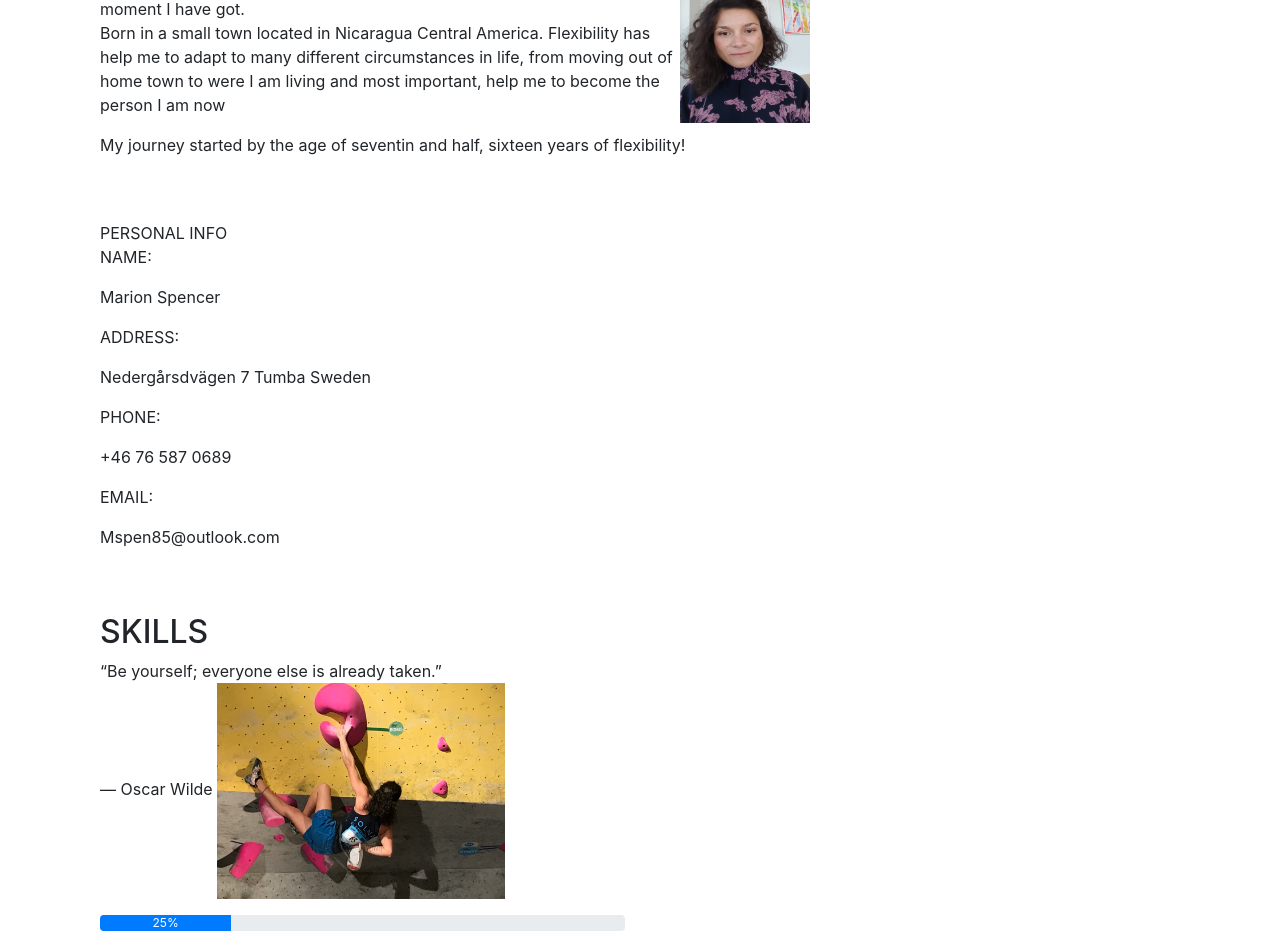
Repository: Dbyu85/m-spenc
Page: index.html
The author's editor kept a record of every edit. The page is drawn from the files as they stood at one moment, then again after the next edit.
The browser window is 1280 px wide. The pictures show the part of the page from y = 1061 to 2013 px (the page is 2790 px tall before and 2710 px after).
A picture or video elsewhere on the page could not be fetched, so the positions and the page height are approximate. Some web fonts or font styles are not loaded; a fallback is used.

Above is the page before.

### index.html
<!DOCTYPE html>
<html lang="en">

<head>
    <meta charset="UTF-8">
    <title>The Art of Flexibility</title>
    <meta name="viewport" content="width=device-width, initial-scale=1.0">
    <meta http-equiv="X-UA-Compatible" content="ie=edge">
    <link rel="stylesheet" href="https://stackpath.bootstrapcdn.com/bootstrap/4.3.1/css/bootstrap.min.css" integrity="sha384-ggOyR0iXCbMQv3Xipma34MD+dH/1fQ784/j6cY/iJTQUOhcWr7x9JvoRxT2MZw1T" crossorigin="anonymous">
    <link rel="stylesheet" href="https://stackpath.bootstrapcdn.com/font-awesome/4.7.0/css/font-awesome.min.css" type="text/css" />
    <link rel="stylesheet" href="css/style.css" type="text/css" />
</head>

<body>y>
    <header class="container-fluid landing-container">
        <div class="row dropdown">
            <div class="col-12">
                <nav class="dropdown bt-secondary dropdown-expand-sm fixed-top">
                    <a class="btn btn-secondary dropdown-toggle" href="#" role="button" id="dropdownMenuLink" data-toggle="dropdown" aria-haspopup="true" aria-expanded="false">More About</a>
                    <ul class="dropdown-menu" aria-labelledby="dropdownMenuLink">
                        <li class="active nav-item mr-2"><a class="dropdown-item" href="#">About Me</a></li>
                        <li class="nav-item mr-2"><a class="dropdown-item" href="Home">Home</a></li>
                        <a class="dropdown-item" href="#">Skills</a>
                        <a class="dropdown-item" href="#">Resume</a>
                        <a class="dropdown-item" href="#">contact</a>
                    </ul>
                </nav>
            </div>
        </div>
        <section class="container-fluid titel-container">
            <div class="row">
                <div class="col-12">
                    <div class="landing-page page text-center">
                        <img src="image/nihal-demirci-1519473-unsplash.jpg" style="float:right width:100vw; height:100vh">
                        <h2 class="name">Marion Spencer</h2>
                        <h3 class="titel">Software Developer Student</h3>
                        <h1><strong>The Art of Flexibility</strong></h1>
                    </div>
                </div>
            </div>
        </section>
    </header>
    <article class="container">
        <section class="container presentation-container">
            <div class=" presentation">
                <div class="row">
                    <div class="col-md-8 my-5">
                        <div class="about">
                            <p><strong>What?</strong><br> That is a good question!!</p><br>
                            <p class="inline-block"><img src="image/img.jpg" ; style="float:right; width:130px; height:150px">I consider myself a globettroter and flexible, a person that enjoy every moment I have got.<br> Born in a small town located in Nicaragua Central America.
                                Flexibility has help me to adapt to many different circumstances in life, from moving out of home town to were I am living and most important, help me to become the person I am now</p>
                            <p>My journey started by the age of seventin and half, sixteen years of flexibility! </p>
                        </div>
                    </div>
                </div>
                <div class="row">
                    <div class="col-12 bg-color">
                        <div class="personal-info text-uppercase">personal info</div>
                        <div class="personal-info-items">
                            <div class="key">
                                <p class="text-uppercase">
                                    name:
                                </p>
                            </div>
                            <div class="value">
                                <p>
                                    Marion Spencer
                                </p>
                            </div>
                        </div>
                        <div class="personal-info-items">
                            <div class="key">
                                <p class="text-uppercase">
                                    address:
                                </p>
                            </div>
                            <div class="value">
                                <p>
                                    Nedergårsdvägen 7 Tumba Sweden
                                </p>
                            </div>
                        </div>
                        <div class="personal-info-items">
                            <div class="key">
                                <p class="text-uppercase">
                                    phone:
                                </p>
                            </div>
                            <div class="value">
                                <p>
                                    +46 76 587 0689
                                </p>
                            </div>
                        </div>
                        <div class="personal-info-items">
                            <div class="key">
                                <p class="text-uppercase">
                                    Email:
                                </p>
                            </div>
                            <div class="value">
                                <p>
                                    Mspen85@outlook.com
                                </p>
                            </div>
                        </div>
                    </div>
                </div>
            </div>
        </section>

        <!--------------------------------------skills-->
        <section class="skills">
            <div class="col-6 my-5 ">
                <div class="about ">
                    <h2 class="about text-uppercase ">skills</h2>
                    <p>“Be yourself; everyone else is already taken.” <br> ― Oscar Wilde <img src="image/climb.jpg" float: "right"; style="float:right width:30vw; height:30vh"></p>
                    <div class="row climb-container">
                        <div class="col-md-6">

                        </div>
                    </div>
                    <div class="progress">
                        <div class="progress-bar" role="progressbar" style="width: 25%;" aria-valuenow="25" aria-valuemin="0" aria-valuemax="100">25%</div>
                    </div>

                </div>
            </div>

        </section>

        <!--------------------------------------resume-->
        <section class="resume">
            <div class="col-12 my-5 ">
                <div class="about ">
                    <h2 class="about text-uppercase ">resume</h2>
                    <p>I'm selfish, impatient and a little insecure. I make mistakes, I am out of control and at times hard to handle. But if you can't handle me at my worst, then you sure as hell don't deserve me at my best.”<br> ― Marilyn Monroe</p>
                </div>
            </div>
        </section>

        <!--------------------------------------contact-->
        <section class="container-fluid contact">
            <div class="row">
                <div class="col-12 my-5 about ">
                    <h2 class="about text-uppercase text-center ">need more info?</h2>
                    <p class="text-center">contact me!</p>
                    <div class="center-form">
                        <form>
                            <input type="text" name="name" id="fullname" class="form-control" placeholder="Name" required/>
                            <input type="email" name="email" id="emailaddress" class="form-control" placeholder="Email" required/>
                            <textarea row="5" name="questions!" id="questions" class="form-control" placeholder="Questions!" required></textarea>
                            <div class="form-row text-center">
                                <div class="col">
                                    <button type="submit" class="btn btn-secondary">send request</button>
                                </div>

                            </div>
                        </form>
                    </div>
                </div>
            </div>
        </section>

    </article>
    <hr>
    <!--------------------------------------footer-container-->
    <footer class="container-fluid footer-container">
        <div class="row ">
            <div class="col-md-4 my-5 ">
                <h5 class="text-uppercase general ">Quote</h5>
                <p class="inline-block ">Dr. Seuss "Don 't cry because it's over, smile because it happened. "!</p>
            </div>

            <div class="col-sm-4 my-5 ">
                <h5 class="text-uppercase general">download</h5>
                <p class="inline-block "> Printable version of my CV? Download here.
                    <a href="# " target="_black " class="cv-pdf "><i class="fa fa-download " aria-hiden="true "></i><span class="sr-only ">Download link</span>
                    </a>
                </p>

            </div>


            <div class="col-md-4 my-5 ">
                <h5 class="text-uppercase general">Social Media</h5>
                <ul class="list-inline-item social-link ">
                    <li class="list-inline-item "><a target="_blank " href="# ">
                        <i class="fa fa-facebook " aria-hiden="true "></i>
                        <span class="sr-only ">facebook</span></a>
                    </li>
                    <li class="list-inline-item "><a target="_blank " href="# ">
                        <i class="fa fa-twitter " aria-hiden="true "></i>
                        <span class="sr-only ">twitter</span></a>
                    </li>
                    <li class="list-inline-item "><a target="_blank " href="# ">
                        <i class="fa fa-instagram " aria-hiden="true "></i>
                        <span class="sr-only ">Instagram</span></a>
                    </li>
                    <li class="list-inline-item "><a target="_blank " href="# ">
                        <i class="fa fa-github " aria-hiden="true "></i>
                        <span class="sr-only ">github</span></a>
                    </li>
                    <li class="list-inline-item "><a target="_blank " href="# ">
                        <i class="fa fa-linkedin " aria-hiden="true "></i>
                        <span class="sr-only ">linkedin</span></a>
                    </li>
                    <li class="list-inline-item "><a target="_blank " href="# ">
                        <i class="fa fa-pinterest " aria-hiden="true "></i>
                        <span class="sr-only ">pinterest</span></a>
                    </li>

                </ul>
            </div>
        </div>
    </footer>

    <script src="https://code.jquery.com/jquery-3.3.1.slim.min.js " integrity="sha384-q8i/X+965DzO0rT7abK41JStQIAqVgRVzpbzo5smXKp4YfRvH+8abtTE1Pi6jizo " crossorigin="anonymous "></script>
    <script src="https://cdnjs.cloudflare.com/ajax/libs/popper.js/1.14.7/umd/popper.min.js " integrity="sha384-UO2eT0CpHqdSJQ6hJty5KVphtPhzWj9WO1clHTMGa3JDZwrnQq4sF86dIHNDz0W1 " crossorigin="anonymous "></script>
    <script src="https://stackpath.bootstrapcdn.com/bootstrap/4.3.1/js/bootstrap.min.js " integrity="sha384-JjSmVgyd0p3pXB1rRibZUAYoIIy6OrQ6VrjIEaFf/nJGzIxFDsf4x0xIM+B07jRM " crossorigin="anonymous "></script>

</body>

</html>

### css/style.css
@import url('https://fonts.googleapis.com/css?family=Roboto:100, 200, 300, 400, 500, 600, 700|"Exo:100, 200,300, 400, 500, 600, 700');

.titel-container {
    position: relative;

    background-image: url("image/nihal-demirci-1519473-unsplash.jpg") no-repeat bottom right fixed;
    background:center;
    -webkit-background-size: cover;
    -moz-background-size: cover;
    -o-background-size: cover;
    background-size: cover;
    margin: 0px;
    padding: 5px;
}

After the next edit:
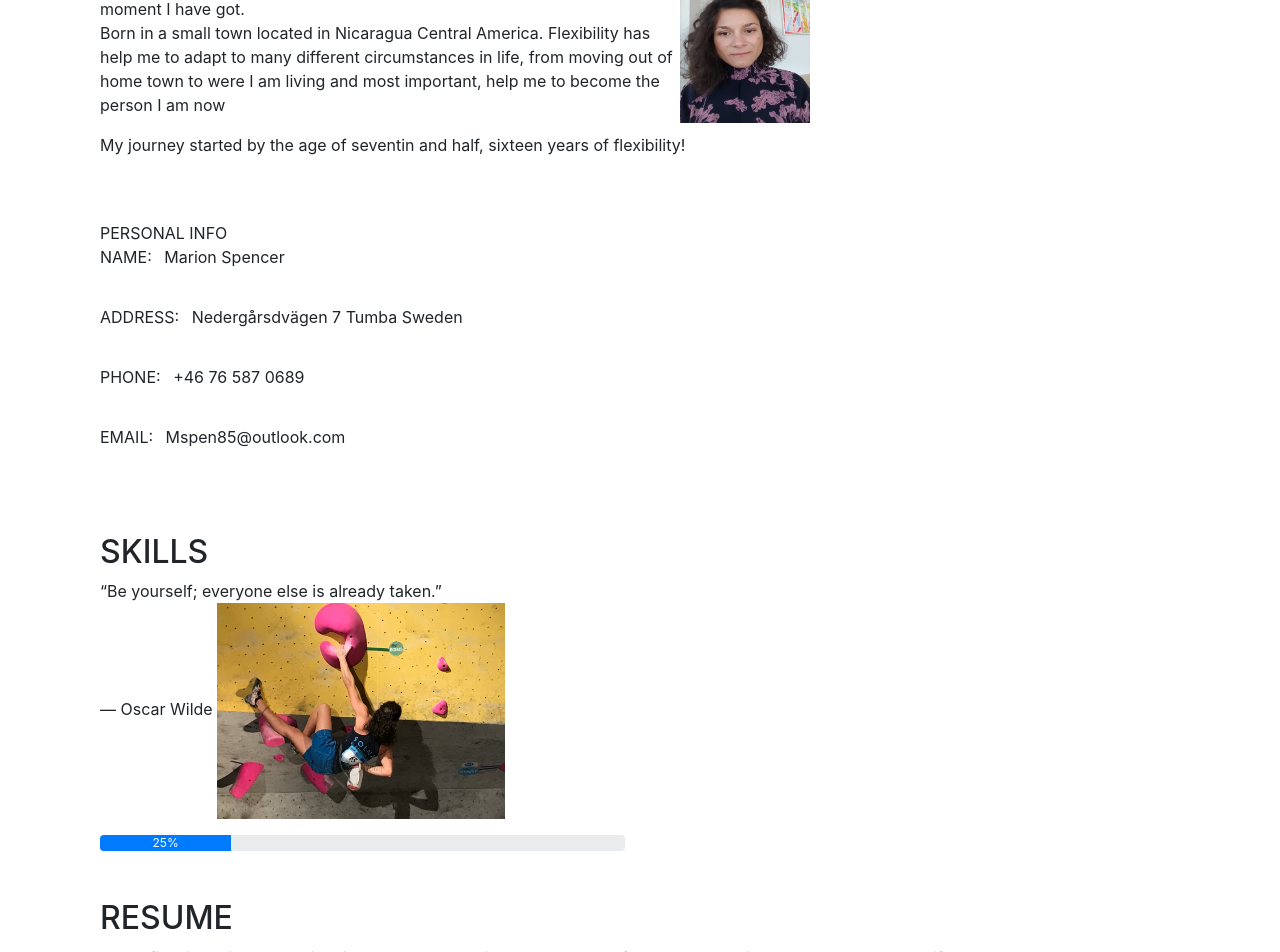
The edit:
--- a/css/style.css
+++ b/css/style.css
@@ -12,3 +12,14 @@
     margin: 0px;
     padding: 5px;
 }
+.personal-info-items {
+    margin-bottom: 20px;
+    display: block;
+    clear: both;
+}
+
+.personal-info-items .key,
+.personal-info-items .value {
+    padding-right: 8px;
+    display: inline-block;
+}
